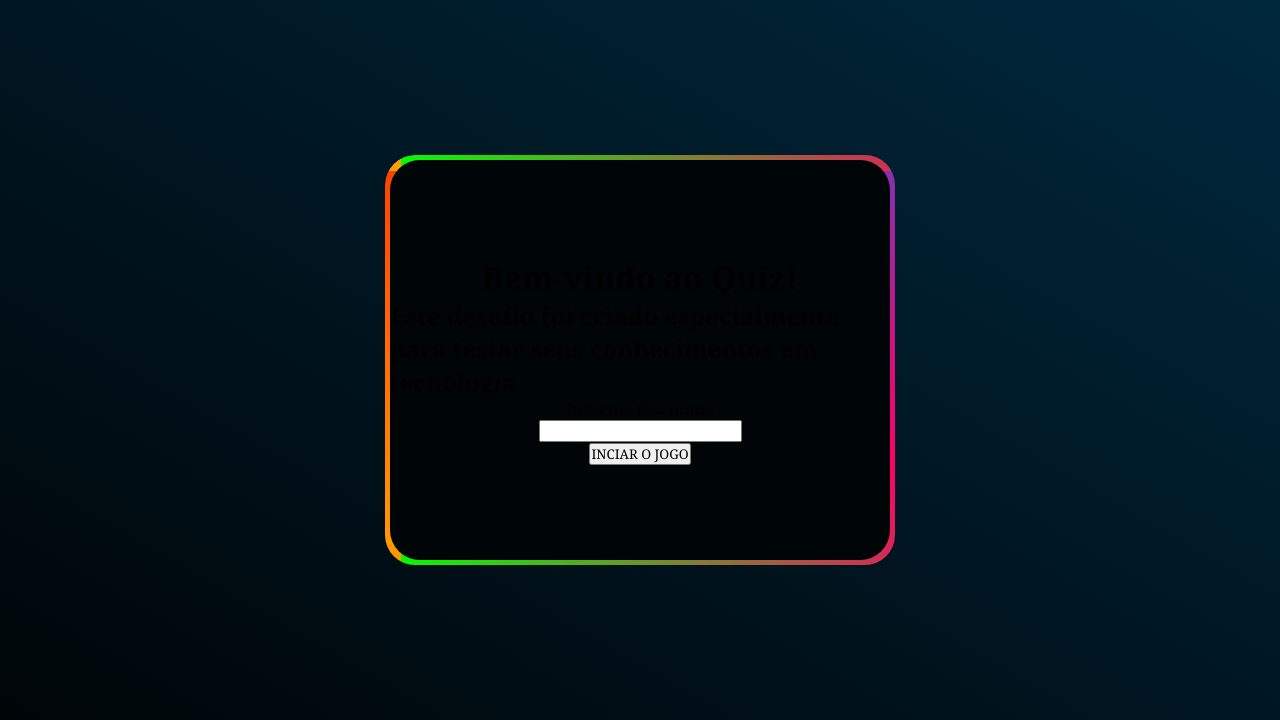
Repository: LaisSilvaO/Projeto-Quizz
Page: telas/apresentação.html
These files come from the project's save history. The page is drawn as it stood at one moment and after the next save; the edit follows.
The browser window is 1280 px wide. The pictures show the whole page.

Above is the page before, as saved 2024-12-25 20:58:53.

### telas/apresentação.html
<!DOCTYPE html>
<html lang="pt-br">

<head>
    <meta charset="UTF-8">
    <meta name="viewport" content="width=device-width, initial-scale=1.0">
    <title>Quiz</title>
    <link rel="stylesheet" href="../img/tela.css">
</head>

<body>
    <div class="box1">
        <div class="box2">
            <H1> Bem-vindo ao Quiz!</H1>

            <h2>Este desafio foi criado especialmente para testar seus conhecimentos em tecnologia


            </h2>
            <h4>Informe seu nome </h4>
            <input type="text" id="nome">
            <A href="index.html">
                <h4><button>INCIAR O JOGO</button></h4>
            </A>
        </div>
    </div>

</body>

</html>

### img/tela.css
* {
  margin: 0;
  padding: 0;
  box-sizing: border-box;
  font-family: Cambria, Cochin, Georgia, Times, 'Times New Roman', serif;
}

body {
  height: 100vh;
  display: flex;
  justify-content: center;
  align-items: center;
  background: linear-gradient(210deg, #00283d, #000508);
}

main {
  background-color: white;
  padding: 10px;
  border-radius: 10px;
  width: 100%;
  max-width: 600px;
  min-height: 400px;
  display: flex;
  justify-content: center;
  align-items: center;
}

.box1{
  position: relative;
  width: 510px;
  height: 410px;

  border-radius: 30px;
  display: flex;
  justify-content: center;
  align-items: center;
  flex-direction: column;
  overflow: hidden;

}
.box2 {
  position: relative;
  width: 500px;
  height: 400px;
  background-color: #000508;
  border-radius: 30px;
  display: flex;
  justify-content: center;
  align-items: center;
  flex-direction: column;
  overflow: hidden;
}

/* Borda animada externa */
.box1::before {
  content: '';
  position: absolute;
  top: 0;
  left: 0;
  width: 100%;
  height: 100%;
  border-radius: 30px;
  border: 16px solid transparent; /* Espessura da borda aumentada */
  background-image: linear-gradient(45deg, #00ff00, #ff0066, #0066ff, #ffcc00, hsl(15, 100%, 50%));
  background-size: 400%; /* Aumenta o tamanho da animação da borda */
  animation: borderAnimation 3s linear 2s infinite alternate;
  z-index: -1; /* Garante que a borda fique atrás do conteúdo */
}

@keyframes borderAnimation {
  0% {
    top: 0px;
    left: 0px;
}
25% {
    top: 0px;
    left: 500px; /* Canto superior direito */
}
50% {
    top: 0px;
    left: 0px; /* Canto inferior direito */
}
75% {
    top: 500px;
    left: 0px; /* Canto inferior esquerdo */
}
100% {
    top: 0px;
    left: 0px;  /* Retorna ao canto superior esquerdo */
}
}

After the next save:
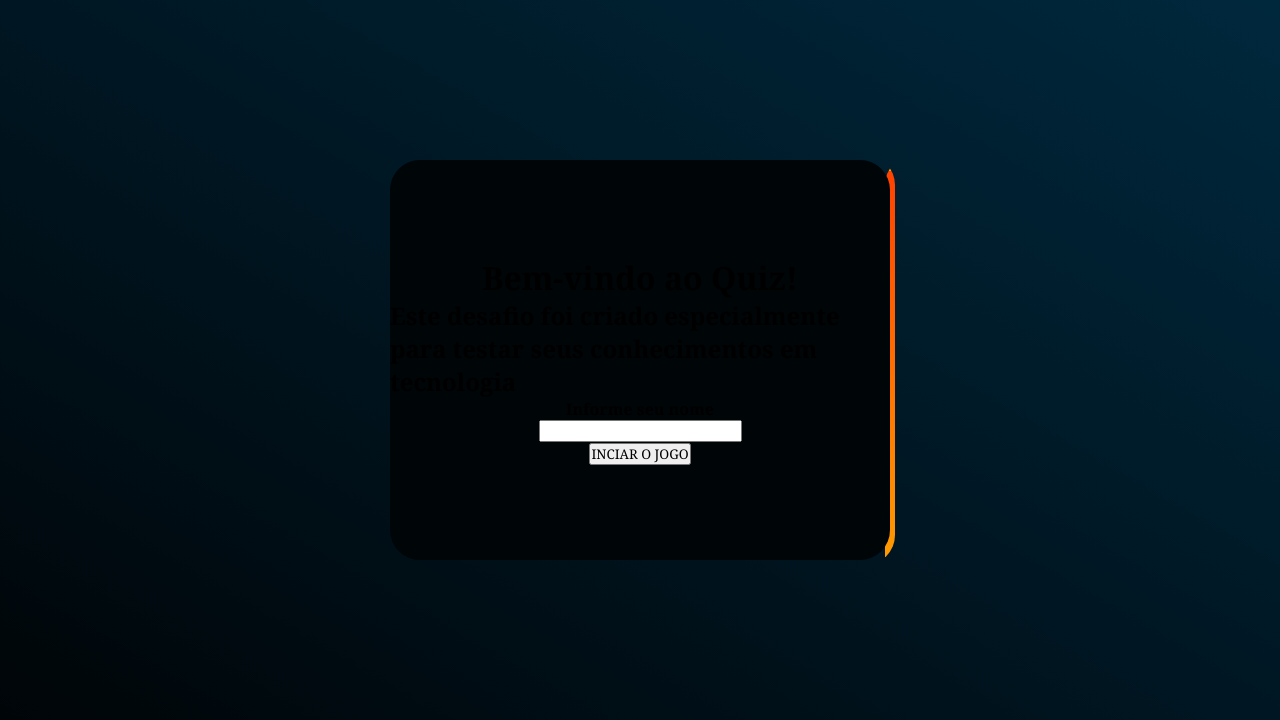
Saved 30 s later.
--- a/img/tela.css
+++ b/img/tela.css
@@ -86,6 +86,6 @@ main {
 }
 100% {
     top: 0px;
-    left: 0px;  /* Retorna ao canto superior esquerdo */
+    left: 500px;  /* Retorna ao canto superior esquerdo */
 }
 }

After the save that followed:
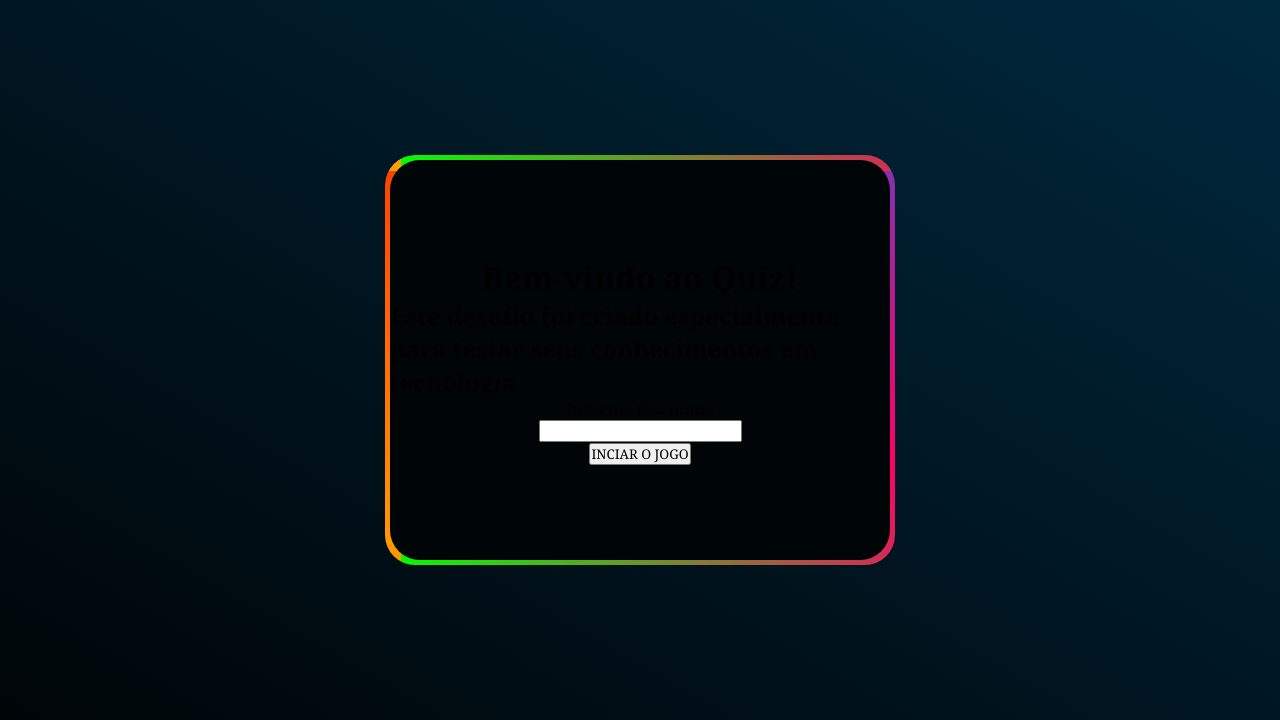
Saved 25 s later.
--- a/img/tela.css
+++ b/img/tela.css
@@ -86,6 +86,6 @@ main {
 }
 100% {
     top: 0px;
-    left: 500px;  /* Retorna ao canto superior esquerdo */
+    left: 0px;  /* Retorna ao canto superior esquerdo */
 }
 }
